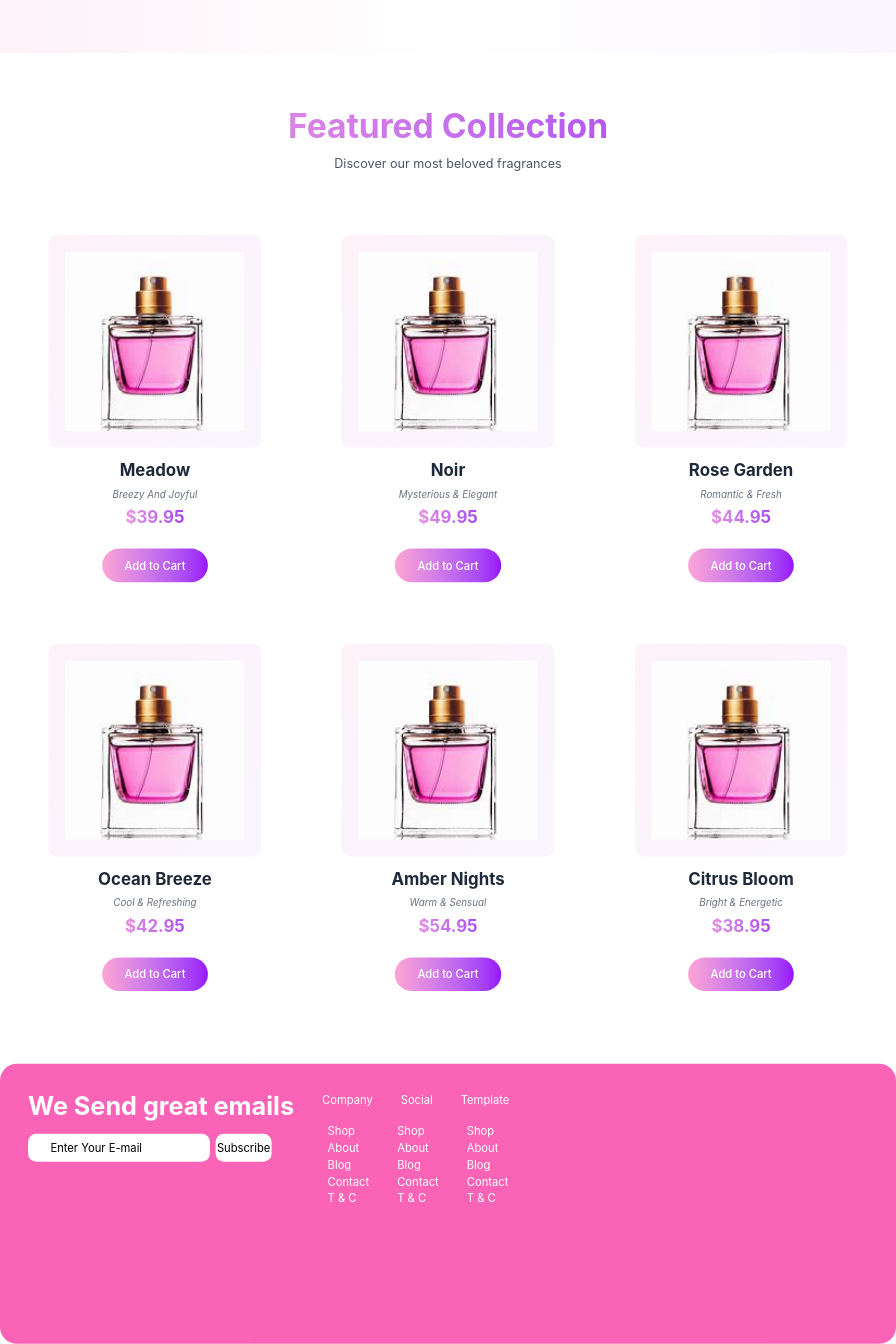
Repository: kiran2k5-ai/E-Commerce-Perfume
Page: /
These files come from the project's save history. The page is drawn as it stood at one moment and after the next save; the edit follows.
The browser window is 1280 px wide. The pictures show the part of the page from y = 904 to 2824 px (the page is 2824 px tall), at 70% of full size.
The project was rebuilt for these pictures with package versions that can differ from the ones it lists, and the page was loaded fresh each time. Also part of the build but not shown: vite.config.js.

Above is the page before, as saved 2026-02-04 12:57:15.

### index.html
<!doctype html>
<html lang="en">
  <head>
    <meta charset="UTF-8" />
    <link rel="icon" type="image/svg+xml" href="/vite.svg" />
    <meta name="viewport" content="width=device-width, initial-scale=1.0" />
    <title>perfume-ecommerce</title>
  </head>
  <body>
    <div id="root"></div>
    <script type="module" src="/src/main.jsx"></script>
  </body>
</html>

### src/index.css
@import "tailwindcss";

@layer base {
  * {
    scroll-behavior: smooth;
  }

  body {
    font-family: 'Inter', 'Segoe UI', Tahoma, Geneva, Verdana, sans-serif;
    -webkit-font-smoothing: antialiased;
    -moz-osx-font-smoothing: grayscale;
  }
}

@layer utilities {
  .animate-fade-in {
    animation: fadeIn 1.5s ease-in-out;
  }

  @keyframes fadeIn {
    from {
      opacity: 0;
      transform: translateY(30px);
    }
    to {
      opacity: 1;
      transform: translateY(0);
    }
  }
}

### src/App.jsx
import { useState } from 'react'
import './App.css'
import Navbar from './components/Navbar'
import Home from './pages/Home'

function App() {
  const [count, setCount] = useState(0)

  return (
    <>
      <Navbar></Navbar>
      <Home></Home>
    </>
  )
}

export default App

### src/components/Navbar.jsx
import React from 'react'

const Navbar = () => {
  return (
    <nav className=" fixed w-full bg-pink-100 z-50 left-0 md:px-16 py-4 rounded-4xl">
      <div className="flex items-center justify-between">

        <div className="flex gap-6">
          <a href="#" className="hover:underline">Shop</a>
          <a href="#" className="hover:underline">About</a>
        </div>

        <div className="font-semibold text-2xl">
          Perfume
        </div>

        <div className="flex gap-6">
          <a href="#" className="hover:underline">Blog</a>
          <a href="#" className="hover:underline">Contact</a>
        </div>

      </div>
    </nav>
  )
}

export default Navbar

### src/pages/Home.jsx
import React from 'react'
import { Swiper, SwiperSlide } from "swiper/react";
import { Mousewheel } from "swiper/modules";
import Gridbox from '../components/Gridbox';
import Footer from '../components/Footer';
import "swiper/css";

const Home = () => {
  const products = [
    { id: 1, name: "Meadow", description: "Breezy And Joyful", price: "$39.95", image: "src/images/image2.jpg" },
    { id: 2, name: "Noir", description: "Mysterious & Elegant", price: "$49.95", image: "src/images/image2.jpg" },
    { id: 3, name: "Rose Garden", description: "Romantic & Fresh", price: "$44.95", image: "src/images/image2.jpg" },
    { id: 4, name: "Ocean Breeze", description: "Cool & Refreshing", price: "$42.95", image: "src/images/image2.jpg" },
    { id: 5, name: "Amber Nights", description: "Warm & Sensual", price: "$54.95", image: "src/images/image2.jpg" },
    { id: 6, name: "Citrus Bloom", description: "Bright & Energetic", price: "$38.95", image: "src/images/image2.jpg" },
  ];

  return (
    <>
    {/* Hero Section */}
    <div className='relative h-screen overflow-hidden'>
      <div className="absolute inset-0 bg-gradient-to-br from-pink-200/30 via-purple-200/30 to-blue-200/30"></div>
      <img src="src\images\image3.jpg" alt="Hero" className='mt-10 absolute inset-0 w-full h-full object-cover mix-blend-overlay'/>
      <div className='absolute inset-0 flex flex-col items-center justify-center text-white px-6'>
        <h1 className='text-7xl md:text-7xl font-bold text-center leading-tight mb-6 animate-fade-in'>
          Elevate EveryDay<br />
          Moments To<br />
          <span className='bg-gradient-to-r from-pink-300 to-purple-300 bg-clip-text text-transparent'>Extraordinary</span>
        </h1>
        <p className='text-xl md:text-2xl text-gray-100 mt-4 font-light tracking-wide'>Discover Your Signature Scent</p>
        <button className='mt-10 px-10 py-4 bg-white text-gray-800 rounded-full font-semibold text-lg hover:bg-pink-100 hover:scale-105 transition-all duration-300 shadow-2xl'>
          Explore Collection
        </button>
      </div>
    </div>

    {/* Brand Showcase */}
    <div className="bg-gradient-to-r from-pink-50 via-white to-purple-50 py-20">
      <div className="max-w-7xl mx-auto px-8">
        <h2 className="text-center text-gray-400 uppercase tracking-widest text-sm mb-10 font-semibold">Featured Brands</h2>
        <div className="flex items-center justify-between flex-wrap gap-8 text-gray-700">
          <h1 className="font-light italic text-4xl hover:text-pink-600 transition-colors cursor-pointer">flow</h1>
          <h1 className="font-semibold tracking-wide text-4xl hover:text-pink-600 transition-colors cursor-pointer">NINO</h1>
          <h1 className="font-medium text-4xl hover:text-pink-600 transition-colors cursor-pointer">InTrend</h1>
          <h1 className="font-bold text-4xl hover:text-pink-600 transition-colors cursor-pointer">JUNE</h1>
          <h1 className="font-semibold tracking-widest text-4xl hover:text-pink-600 transition-colors cursor-pointer">ZINE</h1>
          <h1 className="font-extrabold text-4xl hover:text-pink-600 transition-colors cursor-pointer">MAX</h1>
        </div>
      </div>
    </div>

    {/* Featured Products Section */}
    <div className="bg-white py-20">
      <div className="max-w-7xl mx-auto px-8">
        <div className="text-center mb-16">
          <h2 className="text-5xl font-bold bg-gradient-to-r from-pink-300 to-purple-600 bg-clip-text text-transparent mb-4">
            Featured Collection
          </h2>
          <p className="text-gray-600 text-lg">Discover our most beloved fragrances</p>
        </div>

        <div className="grid grid-cols-1 md:grid-cols-2 lg:grid-cols-3 gap-10">
          {products.map((product) => (
            <Gridbox
              key={product.id}
              name={product.name}
              description={product.description}
              price={product.price}
              image={product.image}
            />
          ))}
        </div>
      </div>
    </div>
    <Footer></Footer>

    </>
  )
}

export default Home

### src/components/Gridbox.jsx
import React from 'react'

const Gridbox = ({ image, name, description, price }) => {
  return (
    <div className="group flex flex-col items-center text-center gap-4 p-6 rounded-2xl bg-white hover:shadow-2xl transition-all duration-500 transform hover:-translate-y-2">

      <div className="relative overflow-hidden rounded-xl bg-gradient-to-br from-pink-50 to-purple-50 p-6">
        <img
          src={image}
          alt={name}
          className="w-64 h-64 object-cover transition-transform duration-500 group-hover:scale-110"
        />
        <div className="absolute inset-0 bg-gradient-to-t from-black/10 to-transparent opacity-0 group-hover:opacity-100 transition-opacity duration-300"></div>
      </div>

      <div className="space-y-2">
        <h2 className="text-2xl font-bold text-gray-800">{name}</h2>
        <p className="text-sm text-gray-500 italic">{description}</p>
        <p className="text-2xl font-bold bg-gradient-to-r from-pink-300 to-purple-600 bg-clip-text text-transparent">{price}</p>
      </div>

      <button
        className="mt-3 px-8 py-3 bg-gradient-to-r from-pink-300 to-purple-600 text-white rounded-full hover:shadow-lg hover:scale-105 transition-all duration-300 font-medium"
      >
        Add to Cart
      </button>

    </div>
  )
}

export default Gridbox

### src/components/Footer.jsx
import React from 'react'

const Footer = () => {
  return (
    <div className='flex justify-center'>
      <div className='h-100 w-350 bg-pink-400 rounded-3xl flex flex-row justify-evenly-100'>
        <div className='mt-10 ml-10 '>
            <h2 className='font-bold text-4xl  text-white '>We Send great emails</h2>
            <div className='flex flex-row gap-2 mt-5'>
            <input type="text" className='bg-white rounded-xl w-65 h-10 px-3 placeholder-black placeholder:px-5 hover:bg-none' placeholder='Enter Your E-mail'/>
            <button className=' bg-white w-20 h-10 rounded-xl text-black hover:bg-gradient-to-r from-pink-300 to-purple-600'>Subscribe</button>
            </div>
        </div>
        <div className='mt-10 ml-10 text-white '>
            <div className='flex flex-row gap-10'>
                <h1>Company</h1>
                <h1>Social</h1>
                <h1>Template</h1>
            </div>
            <div className='flex flex-row gap-10 mt-5 ml-2'>
                <div className = 'flex flex-col'>
                    <a href="">Shop</a>
                    <a href="">About </a>
                    <a href="">Blog</a>
                    <a href="">Contact</a>
                    <a href="">T & C</a>
                </div>
                <div className = 'flex flex-col'>
                    <a href="">Shop</a>
                    <a href="">About </a>
                    <a href="">Blog</a>
                    <a href="">Contact</a>
                    <a href="">T & C</a>
                </div >
                <div className = 'flex flex-col'>
                    <a href="">Shop</a>
                    <a href="">About </a>
                    <a href="">Blog</a>
                    <a href="">Contact</a>
                    <a href="">T & C</a>
                </div>
            </div>
        </div>
      </div>
    </div>
  )
}

export default Footer

Loaded but not shown: src/main.jsx (common file); src/App.css (common file)

After the next save:
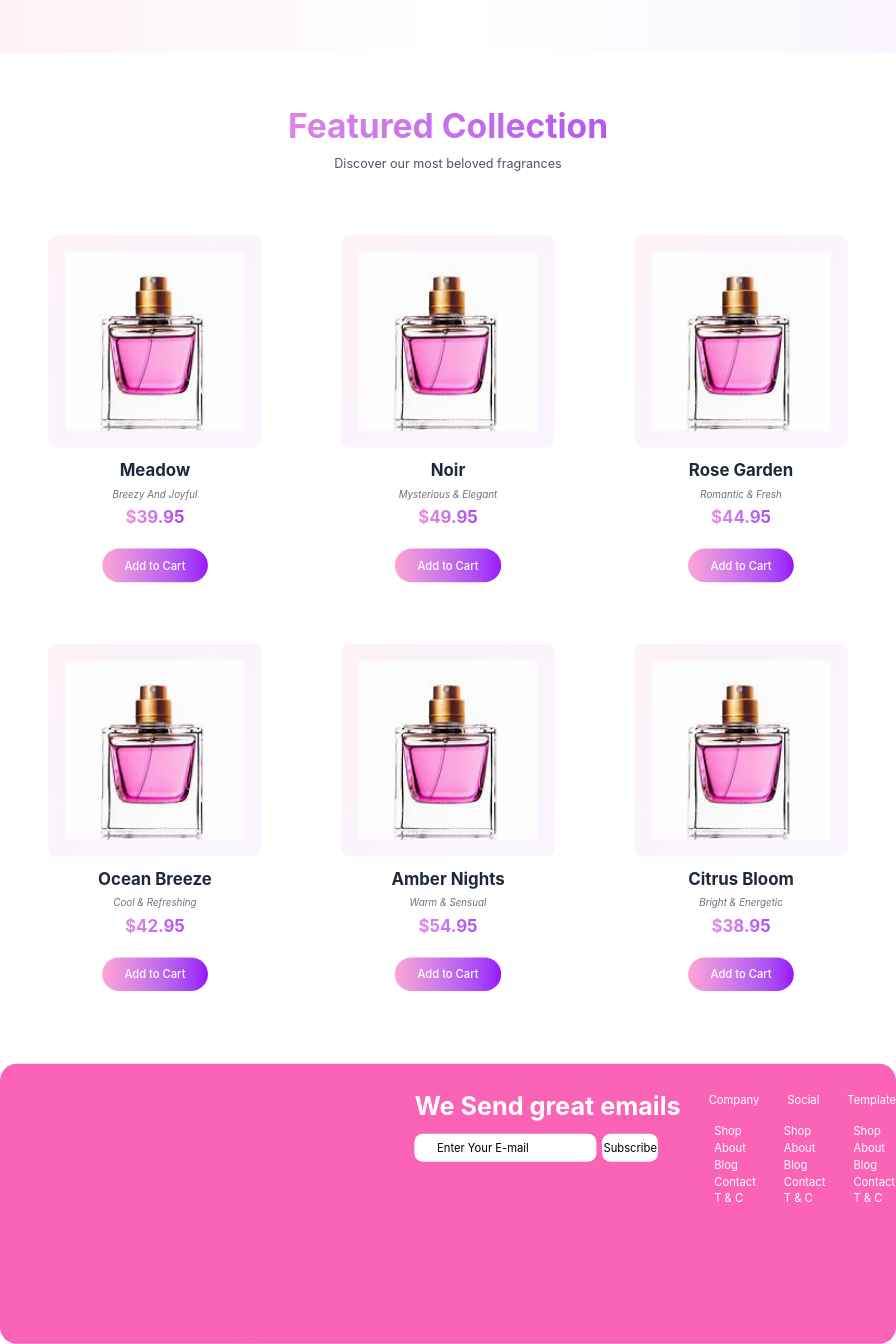
Saved 63 s later.
--- a/src/components/Footer.jsx
+++ b/src/components/Footer.jsx
@@ -3,7 +3,7 @@
 const Footer = () => {
   return (
     <div className='flex justify-center'>
-      <div className='h-100 w-350 bg-pink-400 rounded-3xl flex flex-row justify-evenly-100'>
+      <div className='h-100 w-350 bg-pink-400 rounded-3xl flex flex-row justify-end'>
         <div className='mt-10 ml-10 '>
             <h2 className='font-bold text-4xl  text-white '>We Send great emails</h2>
             <div className='flex flex-row gap-2 mt-5'>

After the 4 saves that followed:
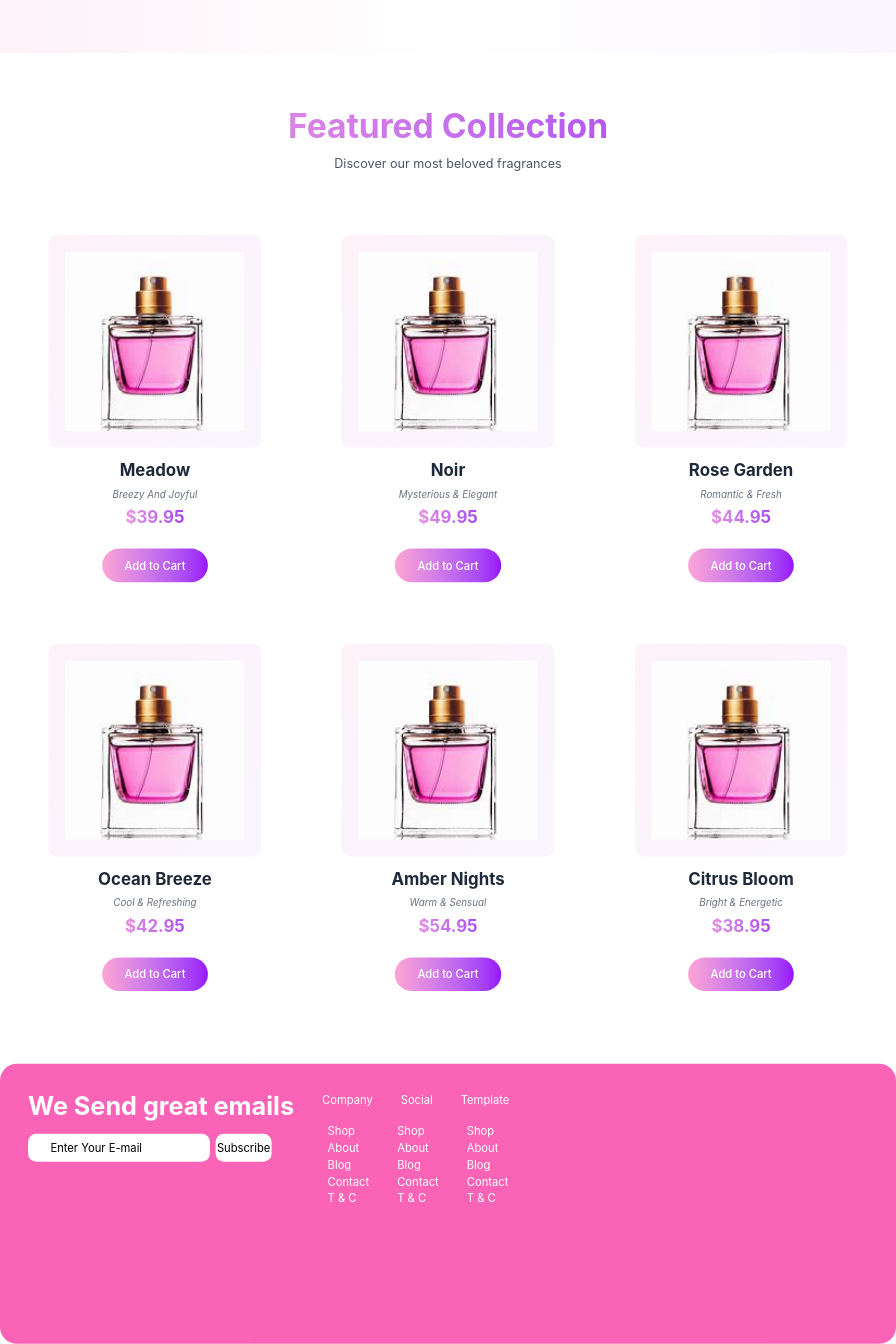
The 4 saves are shown as one change because 1 left the picture as it was and some came seconds apart.
The last was saved 30 s later.
--- a/src/components/Footer.jsx
+++ b/src/components/Footer.jsx
@@ -2,8 +2,8 @@
 
 const Footer = () => {
   return (
-    <div className='flex justify-center'>
-      <div className='h-100 w-350 bg-pink-400 rounded-3xl flex flex-row justify-end'>
+    <div className='flex justify-center justify-end'>
+      <div className='flex h-100 w-350 bg-pink-400 rounded-3xl flex flex-row '>
         <div className='mt-10 ml-10 '>
             <h2 className='font-bold text-4xl  text-white '>We Send great emails</h2>
             <div className='flex flex-row gap-2 mt-5'>
